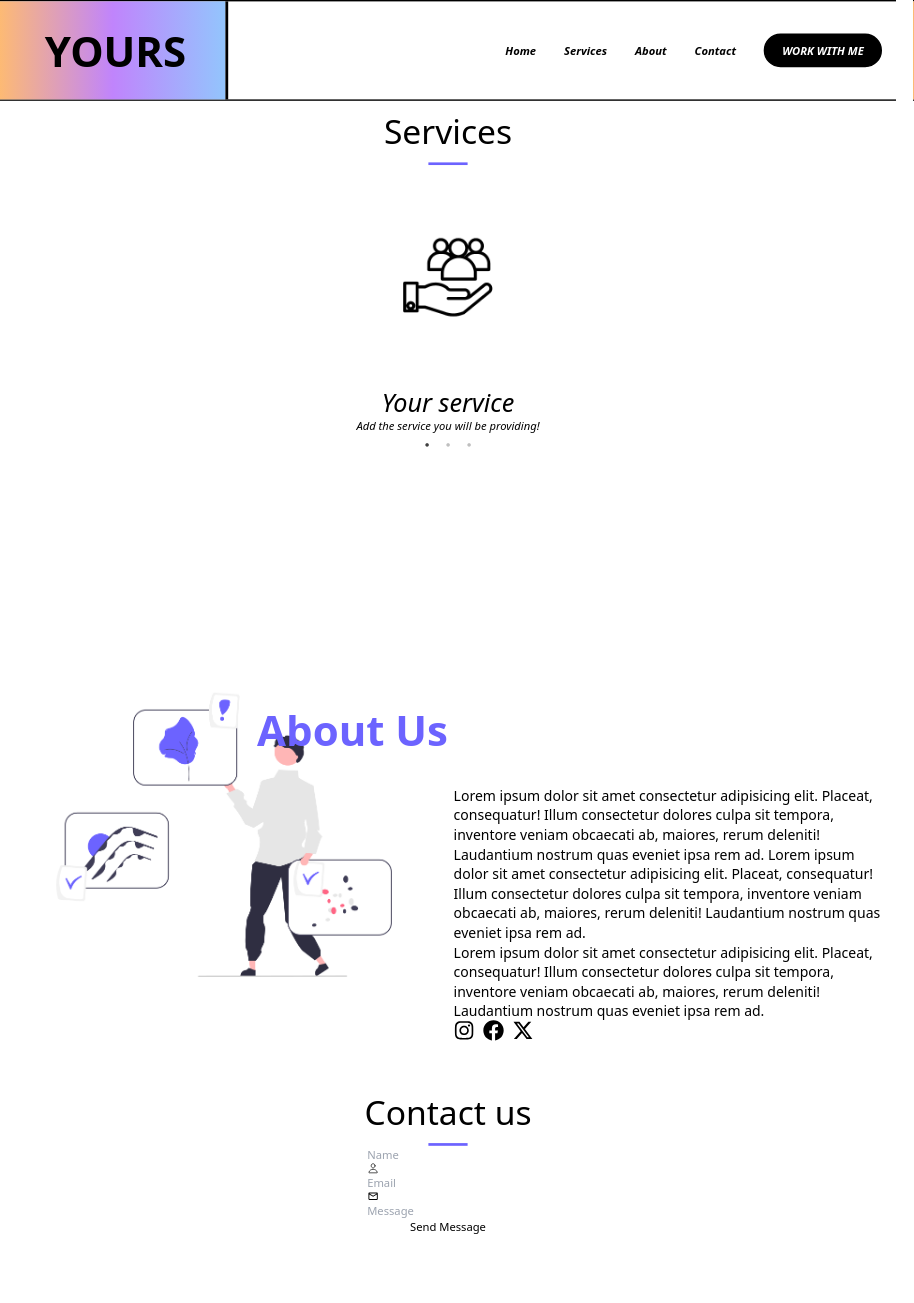
Repository: Al123Kudayyd/eportfolio
Page: /
These files come from the project's save history. The page is drawn as it stood at one moment and after a run of saves; the edit follows.
The browser window is 1280 px wide. The page is 1305 px wide, so the pictures cover 1305 px, including what lies to the right of the window. The pictures show the whole page, at 70% of full size.
The project was rebuilt for these pictures with package versions that can differ from the ones it lists, and the page was loaded fresh each time. Also part of the build but not shown: src/components/AboutService.jsx.

Above is the page before, as saved 2024-02-27 10:59:38.

After the next 2 saves:
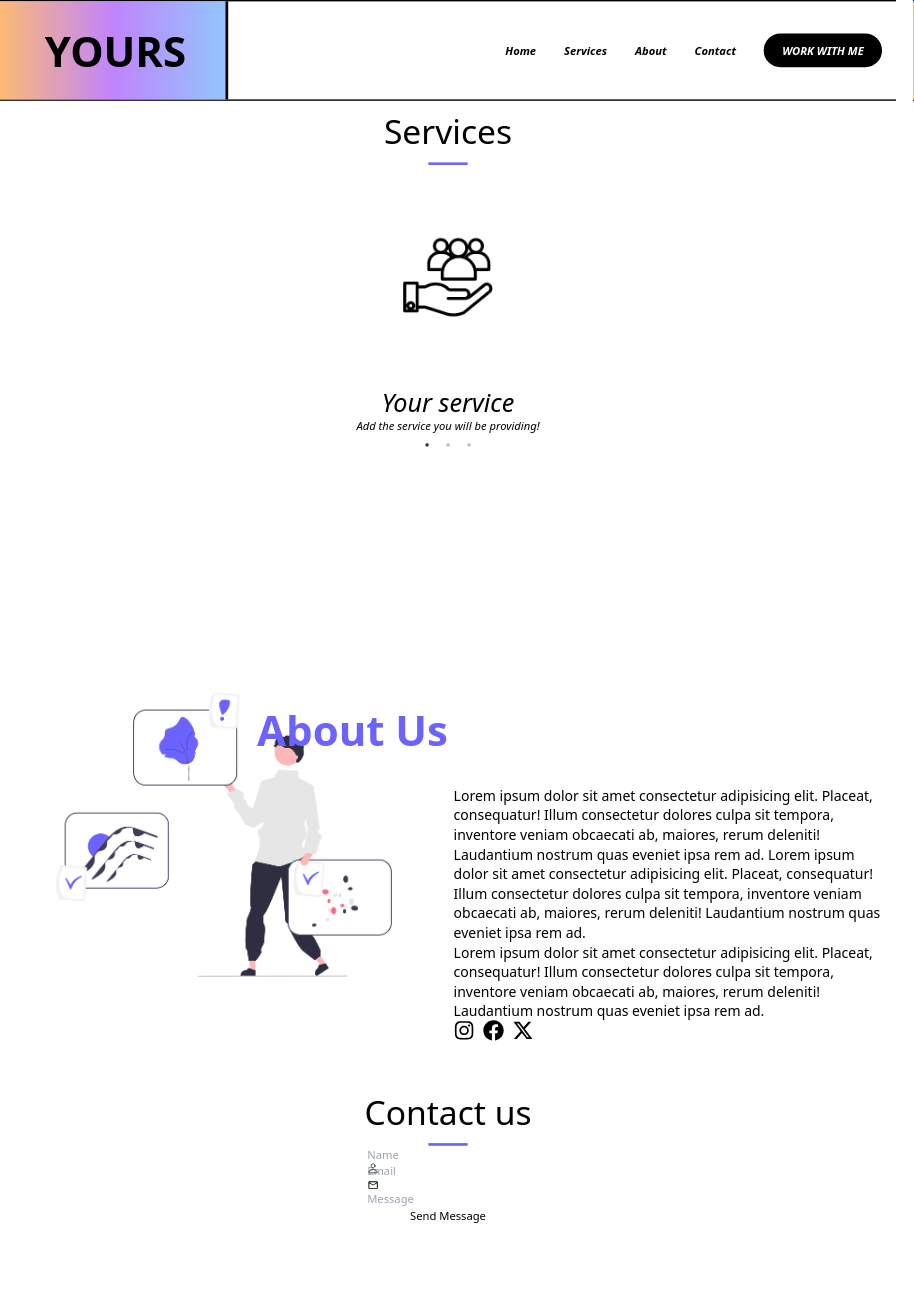
The 2 saves are shown as one change because they came seconds apart.
The last was saved 10 s later.
--- a/src/components/Contact.jsx
+++ b/src/components/Contact.jsx
@@ -11,7 +11,7 @@ function Contact() {
             <form className='flex flex-col items-center'>
                 <div className='realtive'>
                     <input type="text" placeholder='Name' />
-                    <IoPersonOutline />
+                    <IoPersonOutline className='absolute ' />
                 </div>
                 <div>
                     <input type="email" placeholder='Email' />
